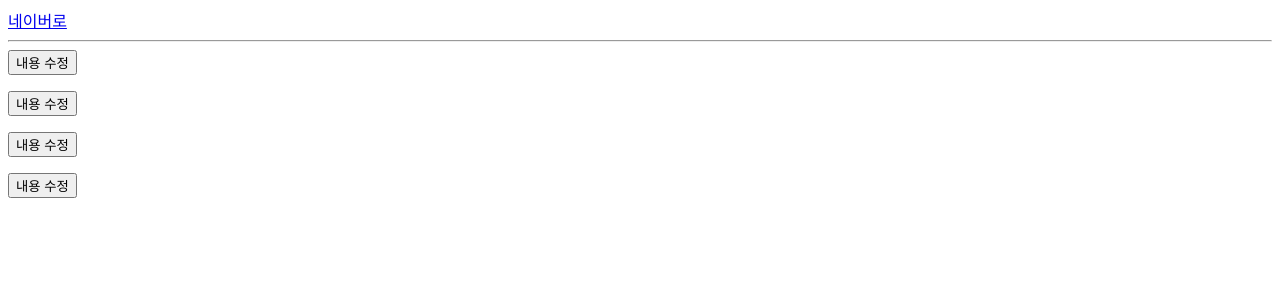
Repository: AgentHyun/FishDalle3
Page: Feb14_1_jQuery/WebContent/1_DOM.html
The author's editor kept a copy of each file at every save. The page is drawn from the files as they stood at one save, then again after the next save.
The browser window is 1280 px wide. The pictures show the whole page.

Above is the page before, as saved 2025-02-14 00:24:52.

### Feb14_1_jQuery/WebContent/1_DOM.html
<!DOCTYPE html>
<html>
<head>
<meta charset="UTF-8">
<title>Insert title here</title>
<script type = "text/javascript" src = "jQuery.js"></script>
<script type = "text/javascript">
$(function(){

alert("하이");


});




</script>
</head>
<body>

<a href = "https://www.naver.com" class = "t2">네이버로</a>
<hr>
<button id = "b1">내용 수정</button> <p>
<button id = "b1">내용 수정</button> <p>
<button id = "b1">내용 수정</button> <p>
<button id = "b1">내용 수정</button> <p>


</body>
</html>

Loaded but not shown: Feb14_1_jQuery/WebContent/jQuery.js (library)

After the next save:
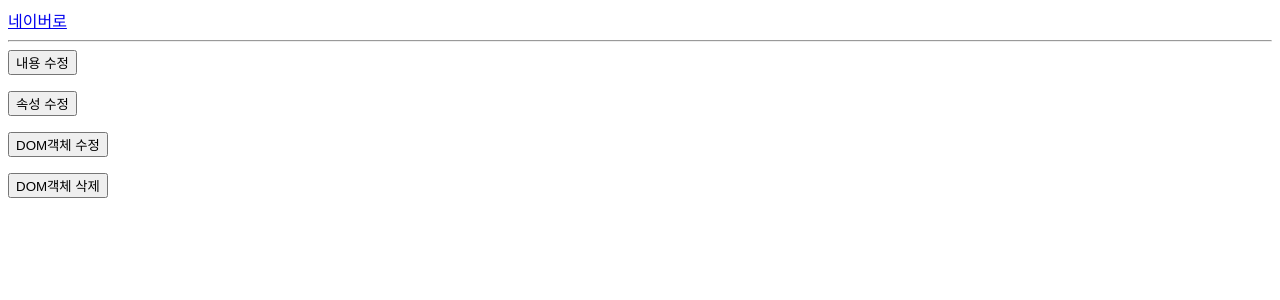
Saved 91 s later.
--- a/Feb14_1_jQuery/WebContent/1_DOM.html
+++ b/Feb14_1_jQuery/WebContent/1_DOM.html
@@ -22,10 +22,12 @@
 <a href = "https://www.naver.com" class = "t2">네이버로</a>
 <hr>
 <button id = "b1">내용 수정</button> <p>
-<button id = "b1">내용 수정</button> <p>
-<button id = "b1">내용 수정</button> <p>
-<button id = "b1">내용 수정</button> <p>
+<button id = "b2">속성 수정</button> <p>
+<button id = "b3">DOM객체 수정</button> <p>
+<button id = "b4">DOM객체 삭제</button> <p>
+<div>
 
+</div>
 
 </body>
 </html>
